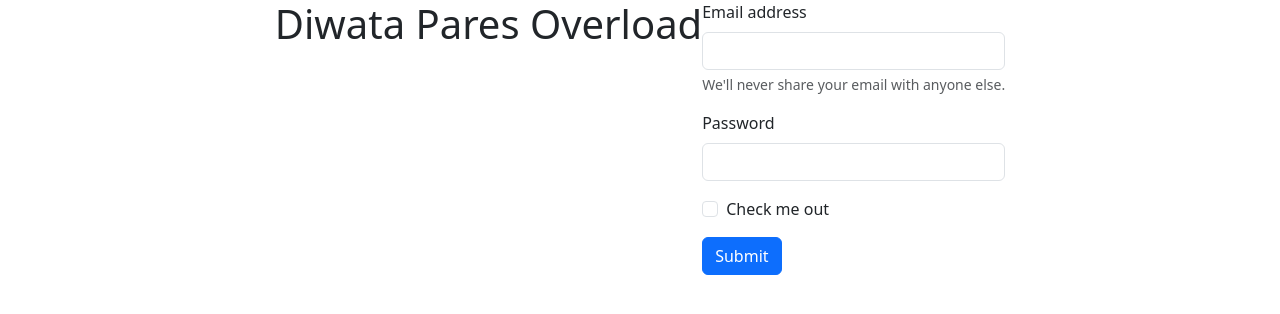
Repository: Nicktacku/webdev
Page: form.html
These files come from the project's save history. The page is drawn as it stood at one moment and after the next save; the edit follows.
The browser window is 1280 px wide. The pictures show the whole page.

Above is the page before, as saved 2024-07-15 16:06:53.

After the next save:
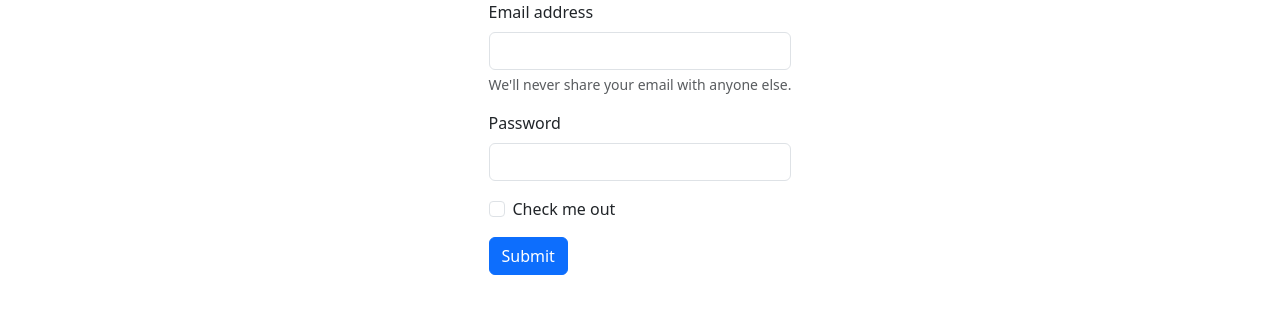
Saved 37 s later.
--- a/form.html
+++ b/form.html
@@ -13,8 +13,6 @@
   </head>
   <body>
     <div class="container d-flex justify-content-center">
-      <h1>Diwata Pares Overload</h1>
-
       <form>
         <div class="mb-3">
           <label for="exampleInputEmail1" class="form-label"
